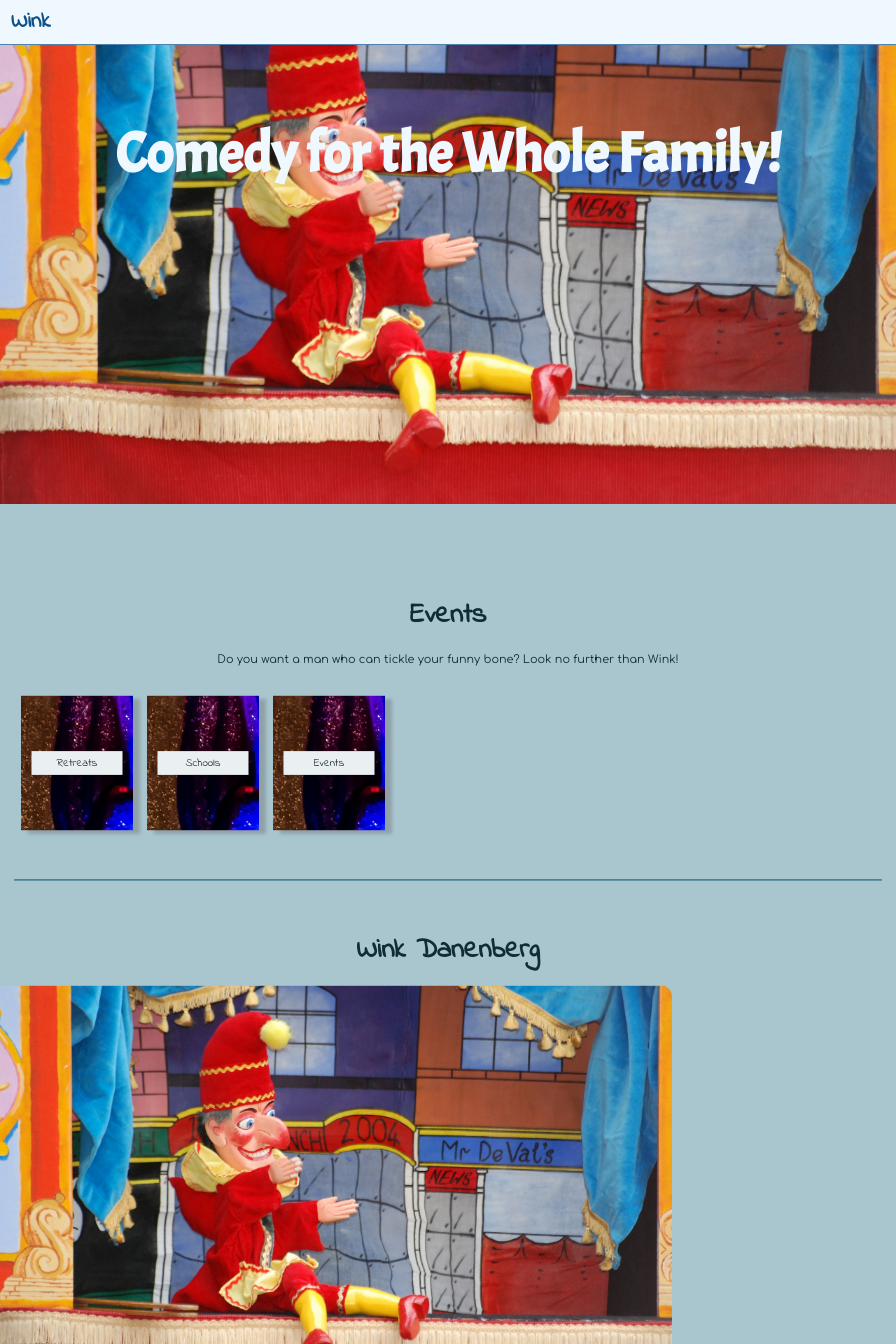
Repository: Sbethm/wink
Page: index.html
An editor plug-in stored every save of this project. The page is shown before and after a run of saves, followed by the edit.
The browser window is 1280 px wide. The pictures show the part of the page from y = 0 to 1920 px (the page is 5480 px tall), at 70% of full size.
The style sheet was rebuilt from its Sass, Less or Tailwind sources for each picture, by a compiler version that may differ from the author's.

Above is the page before, as saved 2021-08-31 13:21:21.

After the next 3 saves:
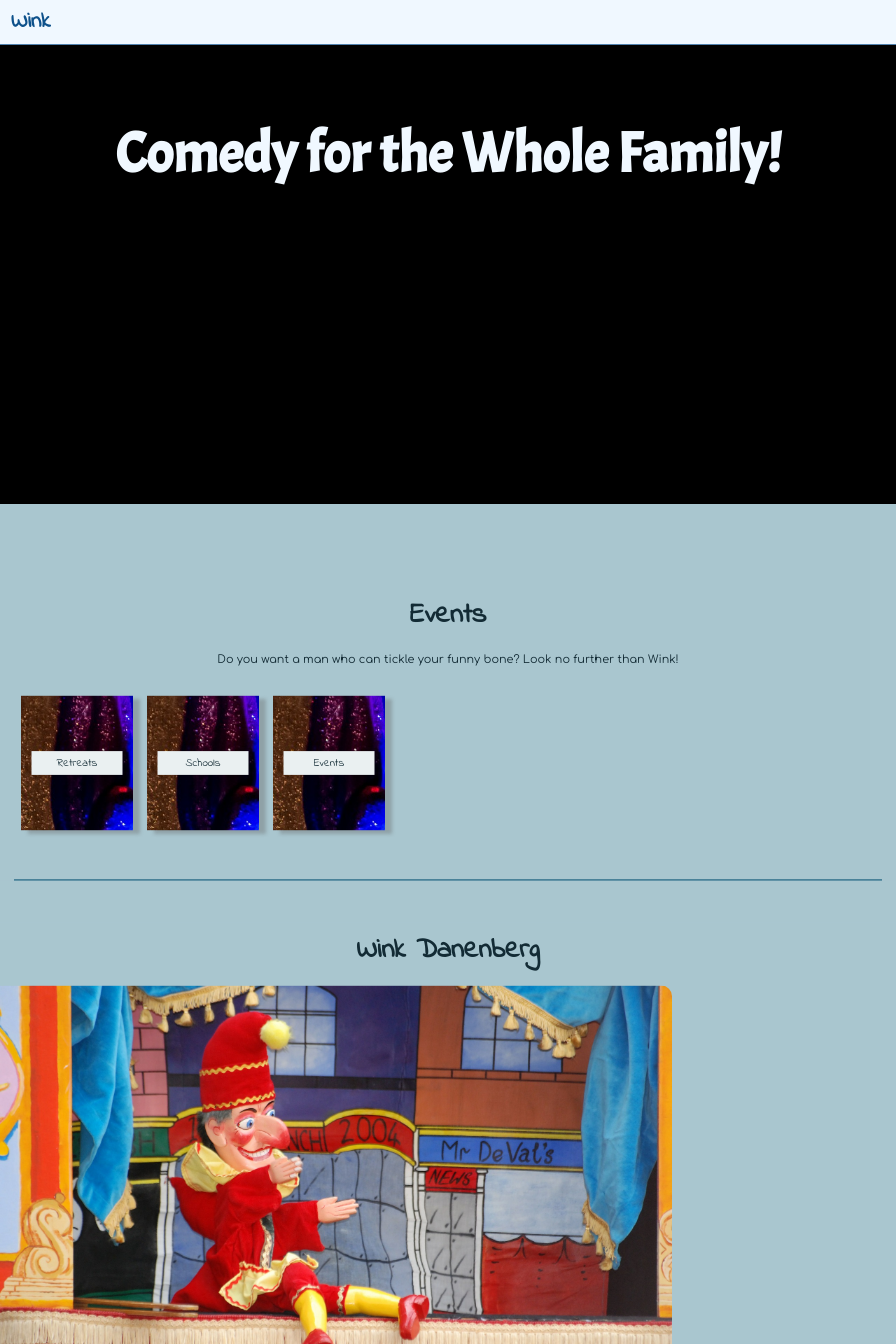
Console error: SyntaxError: Missing initializer in const declaration
The 3 saves are shown as one change because they came seconds apart.
The last was saved 9 s later.
--- a/JS/main.js
+++ b/JS/main.js
@@ -31,6 +31,6 @@
 //FADE-IN
 const fadeEL = document.querySelectorAll('.js--scroll');
 
-
+const fadeIn
 
 //SLIDE-IN

After the 3 saves that followed:
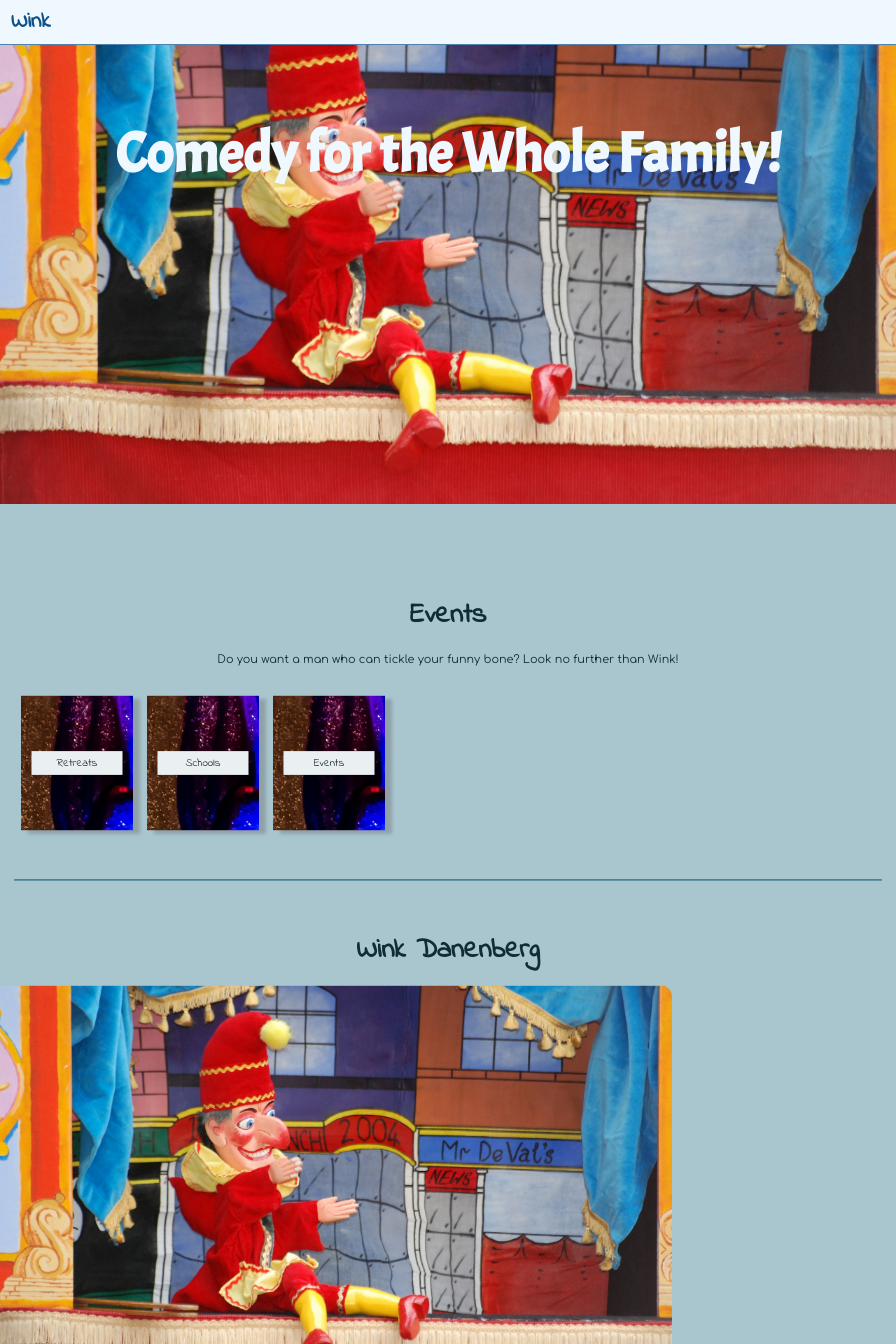
The error is gone.
The 3 saves are shown as one change because they came seconds apart.
The last was saved 13 s later.
--- a/JS/main.js
+++ b/JS/main.js
@@ -31,6 +31,8 @@
 //FADE-IN
 const fadeEL = document.querySelectorAll('.js--scroll');
 
-const fadeIn
+const fadeIn = (el) => {
+
+}
 
 //SLIDE-IN
